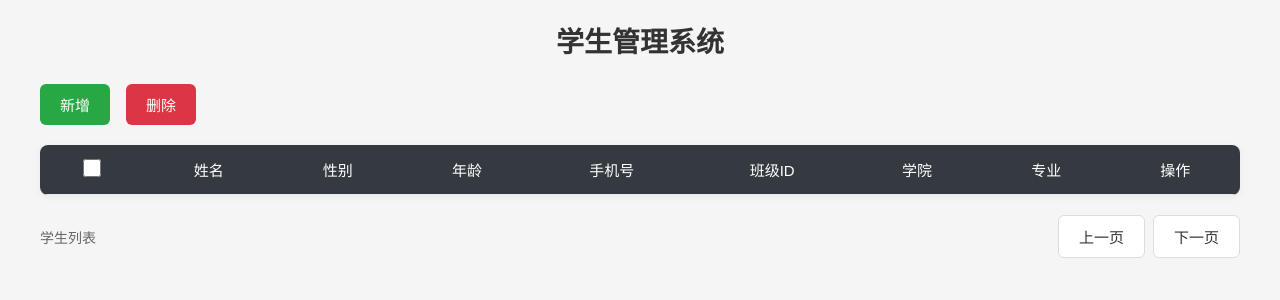
Repository: Nikawali/StudentManage
Page: src/main/webapp/index.html
An editor plug-in stored every save of this project. The page is shown before and after the next save, followed by the edit.
The browser window is 1280 px wide. The pictures show the whole page.
The page's requests for data from a server got no answer.

Above is the page before, as saved 2026-06-02 09:51:40.

### src/main/webapp/index.html
<!DOCTYPE html>
<html lang="zh-CN">

<head>
    <meta charset="UTF-8">
    <meta name="viewport" content="width=device-width, initial-scale=1.0">
    <title>学生管理系统</title>
    <link rel="stylesheet" href="style.css">
</head>

<body>

    <div class="container">

        <h1 class="system-title">
            学生管理系统
        </h1>

        <div class="btn-group">

            <button class="btn add-btn">
                新增
            </button>

            <button class="btn delete-btn">
                删除
            </button>

        </div>

        <div class="table-wrapper">

            <table class="student-table">

                <thead>

                    <tr>

                        <!-- 全选框 -->
                        <th>
                            <input type="checkbox" id="selectAll">
                        </th>

                        <th>姓名</th>
                        <th>性别</th>
                        <th>年龄</th>
                        <th>手机号</th>
                        <th>班级ID</th>
                        <th>学院</th>
                        <th>专业</th>
                        <th>操作</th>

                    </tr>

                </thead>

                <tbody id="studentBody">

                    <!-- JS动态生成 -->

                </tbody>

            </table>

        </div>

        <div class="pagination">

            <div class="page-info">
                学生列表
            </div>

            <div class="page-btn-group">

                <button class="btn page-btn">
                    上一页
                </button>

                <button class="btn page-btn">
                    下一页
                </button>

            </div>

        </div>

    </div>

    <script src="script.js"></script>

</body>

</html>

### src/main/webapp/style.css
/* 全局样式重置 */
* {
    margin: 0;
    padding: 0;
    box-sizing: border-box;
    font-family: Arial, sans-serif;
}

body {
    background-color: #f5f5f5;
    padding: 20px;
}

/* 容器样式：居中+固定最大宽度 */
.container {
    max-width: 1200px;
    margin: 0 auto;
}

/* 系统标题样式 */
.system-title {
    text-align: center;
    color: #333;
    margin-bottom: 24px;
    font-size: 28px;
}

/* 功能按钮组样式 */
.btn-group {
    display: flex;
    gap: 16px;
    margin-bottom: 20px;
}

/* 通用按钮样式 */
.btn {
    padding: 10px 20px;
    border: none;
    border-radius: 6px;
    font-size: 15px;
    font-weight: 500;
    cursor: pointer;
    transition: background-color 0.3s;
}

/* 按钮颜色区分 */
.add-btn {
    background-color: #28a745;
    color: #fff;
}

.add-btn:hover {
    background-color: #218838;
}

.delete-btn {
    background-color: #dc3545;
    color: #fff;
}

.delete-btn:hover {
    background-color: #c82333;
}

.page-btn {
    background-color: #fff;
    color: #333;
    border: 1px solid #ddd;
}

.page-btn:hover {
    background-color: #f8f9fa;
}

.page-btn:disabled {
    background-color: #e9ecef;
    color: #6c757d;
    cursor: not-allowed;
}

/* 表格容器样式：添加白色背景和阴影 */
.table-wrapper {
    background-color: #fff;
    border-radius: 8px;
    box-shadow: 0 2px 8px rgba(0, 0, 0, 0.05);
    overflow: hidden;
}

/* 表格样式 */
.student-table {
    width: 100%;
    border-collapse: collapse;
}

.student-table thead {
    background-color: #343a40;
    color: #fff;
}

.student-table th,
.student-table td {
    padding: 14px 16px;
    text-align: center;
    border-bottom: 1px solid #e9ecef;
}

.student-table th {
    font-size: 15px;
    font-weight: 500;
}

/* 隔行换色 */
.student-table tbody tr:nth-child(even) {
    background-color: #f9f9f9;
}

/* 行hover效果 */
.student-table tbody tr:hover {
    background-color: #e9f5ff;
    cursor: default;
}

/* 表格复选框样式 */
.student-table th input,
.student-table td input {
    width: 18px;
    height: 18px;
    cursor: pointer;
}

/* 操作链接样式 */
.operate-link {
    color: #007bff;
    text-decoration: none;
    margin: 0 8px;
    transition: color 0.3s;
}

.operate-link:hover {
    color: #0056b3;
    text-decoration: underline;
}

/* 分页控件样式 */
.pagination {
    display: flex;
    justify-content: space-between;
    align-items: center;
    margin-top: 20px;
    font-size: 14px;
    color: #666;
}

.page-btn-group {
    display: flex;
    gap: 8px;
}

/* 模态框样式：固定定位+半透明背景 */
.modal {
    display: none;
    /* 默认隐藏 */
    position: fixed;
    top: 0;
    left: 0;
    width: 100%;
    height: 100%;
    background-color: rgba(0, 0, 0, 0.5);
    z-index: 1000;
    justify-content: center;
    align-items: center;
}

.modal.active {
    display: flex;
    /* 显示模态框 */
}

.modal-content {
    background-color: #fff;
    width: 100%;
    max-width: 600px;
    border-radius: 8px;
    box-shadow: 0 4px 20px rgba(0, 0, 0, 0.15);
    overflow: hidden;
}

/* 模态框头部 */
.modal-header {
    padding: 16px 24px;
    background-color: #f8f9fa;
    border-bottom: 1px solid #e9ecef;
    display: flex;
    justify-content: space-between;
    align-items: center;
}

.modal-title {
    font-size: 18px;
    color: #333;
    font-weight: 500;
}

.close-btn {
    background: transparent;
    border: none;
    font-size: 24px;
    color: #666;
    cursor: pointer;
    line-height: 1;
}

/* 模态框表单区域 */
.modal-body {
    padding: 24px;
}

.form-group {
    margin-bottom: 20px;
}

.form-group label {
    display: block;
    margin-bottom: 8px;
    font-size: 15px;
    color: #333;
}

.form-input {
    width: 100%;
    height: 42px;
    padding: 0 12px;
    border: 1px solid #ced4da;
    border-radius: 4px;
    font-size: 15px;
    color: #333;
    outline: none;
    transition: border-color 0.3s;
}

.form-input:focus {
    border-color: #80bdff;
    box-shadow: 0 0 0 0.2rem rgba(0, 123, 255, 0.25);
}

/* 查看模式：输入框禁用 */
.form-input:disabled {
    background-color: #e9ecef;
    cursor: not-allowed;
}

/* 模态框底部按钮区 */
.modal-footer {
    padding: 16px 24px;
    background-color: #f8f9fa;
    border-top: 1px solid #e9ecef;
    display: flex;
    justify-content: flex-end;
    gap: 12px;
}

.cancel-btn {
    background-color: #fff;
    border: 1px solid #ced4da;
    color: #333;
}

.cancel-btn:hover {
    background-color: #e9ecef;
}

.save-btn {
    background-color: #007bff;
    border: 1px solid #007bff;
    color: #fff;
}

.save-btn:hover {
    background-color: #0069d9;
}

### src/main/webapp/script.js
const BASE_URL =
    "http://localhost:8080/test5_war_exploded/student";

window.onload = function () {

    loadStudents();

    bindButtonEvent();
};

/**
 * 查询全部学生
 */
function loadStudents() {

    fetch(BASE_URL + "?action=findAll")

        .then(response => response.json())

        .then(result => {

            let html = "";

            result.data.forEach(student => {

                html += `
<tr>

    <td>
        <input
            type="checkbox"
            class="row-checkbox"
            data-id="${student.studentId}"
        >
    </td>

    <td>${student.studentId}</td>

    <td>${student.name}</td>

    <td>${student.gender}</td>

    <td>${student.age}</td>

    <td>${student.phone}</td>

    <td>${student.classId}</td>

    <td>${student.college}</td>

    <td>${student.major}</td>

    <td>

        <a
            href="#"
            class="operate-link delete-one-btn"
            data-id="${student.studentId}">
            删除
        </a>

    </td>

</tr>
`;
            });

            document.getElementById(
                "studentBody"
            ).innerHTML = html;

            bindCheckboxEvent();

            bindDeleteEvent();
        })

        .catch(error => {

            console.error(error);

            alert("获取学生数据失败");
        });
}

/**
 * 按钮事件
 */
function bindButtonEvent() {

    document.querySelector(".add-btn")
        .onclick = addStudent;

    document.querySelector(".delete-btn")
        .onclick = batchDelete;
}

/**
 * 全选事件
 */
function bindCheckboxEvent() {

    const selectAll =
        document.getElementById("selectAll");

    const rowCheckboxes =
        document.querySelectorAll(".row-checkbox");

    selectAll.onchange = function () {

        rowCheckboxes.forEach(item => {

            item.checked =
                selectAll.checked;
        });
    };

    rowCheckboxes.forEach(item => {

        item.onchange = function () {

            const checkedCount =
                document.querySelectorAll(
                    ".row-checkbox:checked"
                ).length;

            selectAll.checked =
                checkedCount ===
                rowCheckboxes.length;
        };
    });
}

/**
 * 新增学生
 */
function addStudent() {

    const studentId =
        prompt("请输入学号");

    if (!studentId) return;

    const name =
        prompt("请输入姓名");

    if (!name) return;

    const gender =
        prompt("请输入性别");

    if (!gender) return;

    const age =
        prompt("请输入年龄");

    if (!age) return;

    const phone =
        prompt("请输入手机号");

    if (!phone) return;

    const classId =
        prompt("请输入班级ID");

    if (!classId) return;

    const college =
        prompt("请输入学院");

    if (!college) return;

    const major =
        prompt("请输入专业");

    if (!major) return;

    const params =
        new URLSearchParams();

    params.append(
        "action",
        "add"
    );

    params.append(
        "studentId",
        studentId
    );

    params.append(
        "name",
        name
    );

    params.append(
        "gender",
        gender
    );

    params.append(
        "age",
        age
    );

    params.append(
        "phone",
        phone
    );

    params.append(
        "classId",
        classId
    );

    params.append(
        "college",
        college
    );

    params.append(
        "major",
        major
    );

    fetch(BASE_URL, {

        method: "POST",

        body: params
    })
        .then(response => response.json())

        .then(result => {

            alert(result.message);

            loadStudents();
        })

        .catch(error => {

            console.error(error);

            alert("新增失败");
        });
}

/**
 * 单个删除
 */
function bindDeleteEvent() {

    document
        .querySelectorAll(
            ".delete-one-btn"
        )
        .forEach(btn => {

            btn.onclick =
                function (e) {

                    e.preventDefault();

                    const studentId =
                        this.dataset.id;

                    if (
                        !confirm(
                            "确定删除该学生？"
                        )
                    ) {
                        return;
                    }

                    deleteStudent(
                        studentId
                    );
                };
        });
}

/**
 * 删除学生
 */
function deleteStudent(
    studentId
) {

    const params =
        new URLSearchParams();

    params.append(
        "action",
        "delete"
    );

    params.append(
        "studentId",
        studentId
    );

    fetch(BASE_URL, {

        method: "POST",

        body: params
    })
        .then(response => response.json())

        .then(result => {

            alert(result.message);

            loadStudents();
        })

        .catch(error => {

            console.error(error);

            alert("删除失败");
        });
}

/**
 * 批量删除
 */
function batchDelete() {

    const checkedList =
        document.querySelectorAll(
            ".row-checkbox:checked"
        );

    if (
        checkedList.length === 0
    ) {

        alert(
            "请选择学生"
        );

        return;
    }

    if (
        !confirm(
            "确定删除选中的学生？"
        )
    ) {
        return;
    }

    checkedList.forEach(item => {

        const studentId =
            item.dataset.id;

        const params =
            new URLSearchParams();

        params.append(
            "action",
            "delete"
        );

        params.append(
            "studentId",
            studentId
        );

        fetch(BASE_URL, {

            method: "POST",

            body: params
        });
    });

    setTimeout(() => {

        loadStudents();

    }, 500);
}

After the next save:
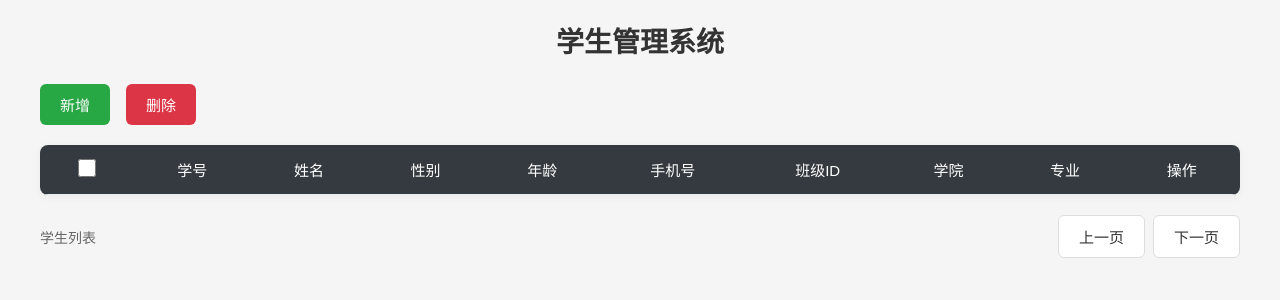
Saved 2 min 1 s later.
--- a/src/main/webapp/index.html
+++ b/src/main/webapp/index.html
@@ -41,6 +41,7 @@
                             <input type="checkbox" id="selectAll">
                         </th>
 
+                        <th>学号</th>
                         <th>姓名</th>
                         <th>性别</th>
                         <th>年龄</th>
